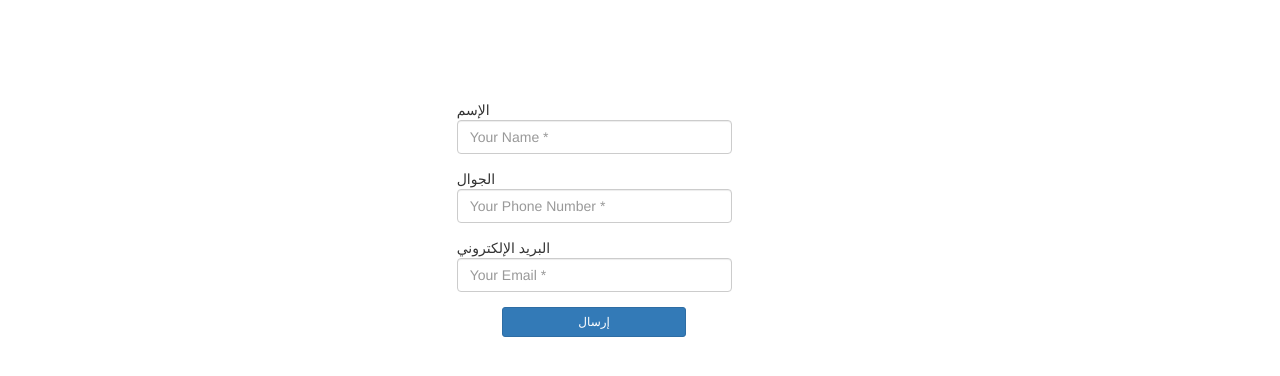
Repository: Abdaljawad-Aya/Itbeep-task
Page: http://localhost/form-user
These files come from the project's save history. The page is drawn as it stood at one moment and after the next save; the edit follows.
The browser window is 1280 px wide. The pictures show the whole page.
The page is served by the project's Laravel application, run on PHP 8.4 with Laravel 8.

Above is the page before, as saved 2021-03-07 17:20:43.

After the next save:
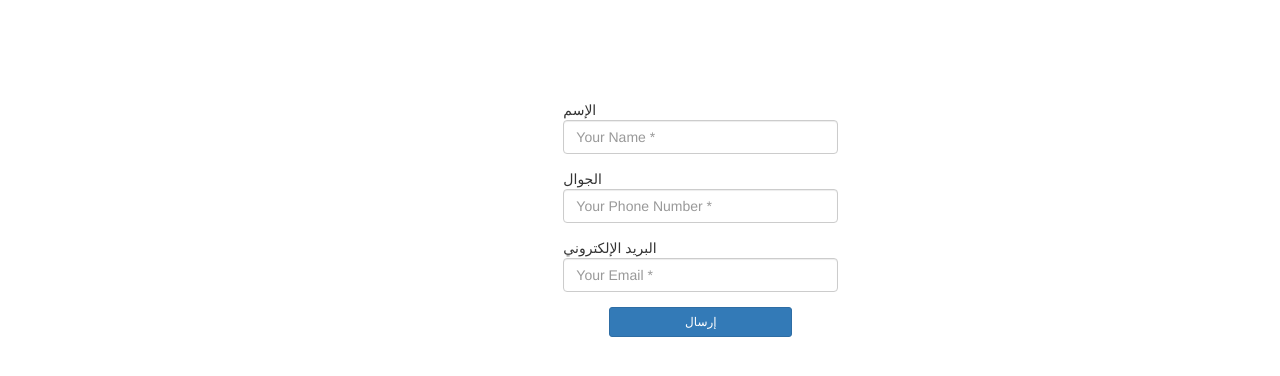
Saved 102 s later.
--- a/singlePageApp/resources/views/form-user.blade.php
+++ b/singlePageApp/resources/views/form-user.blade.php
@@ -13,7 +13,7 @@
     <title>Form</title>
 </head>
 <body>
-   <div class="container contact-form col-lg-6 col-md-offset-4" style="margin-top:100px;">
+   <div class="container contact-form col-lg-6 col-md-offset-5" style="margin-top:100px;">
      @if (session('status'))
        <div class="alert alert-success">
            {{ session('status')}}

After the save that followed:
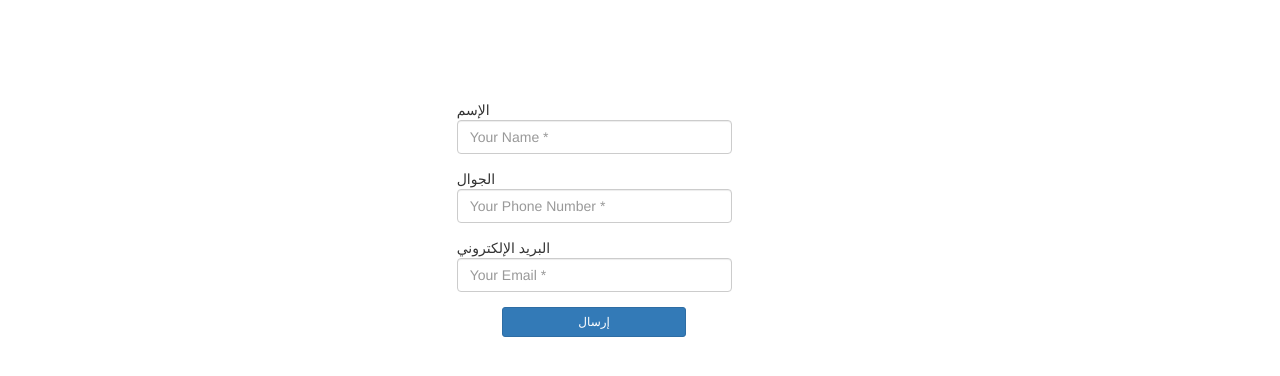
Saved 4 s later.
--- a/singlePageApp/resources/views/form-user.blade.php
+++ b/singlePageApp/resources/views/form-user.blade.php
@@ -13,7 +13,7 @@
     <title>Form</title>
 </head>
 <body>
-   <div class="container contact-form col-lg-6 col-md-offset-5" style="margin-top:100px;">
+   <div class="container contact-form col-lg-6 col-md-offset-4" style="margin-top:100px;">
      @if (session('status'))
        <div class="alert alert-success">
            {{ session('status')}}
